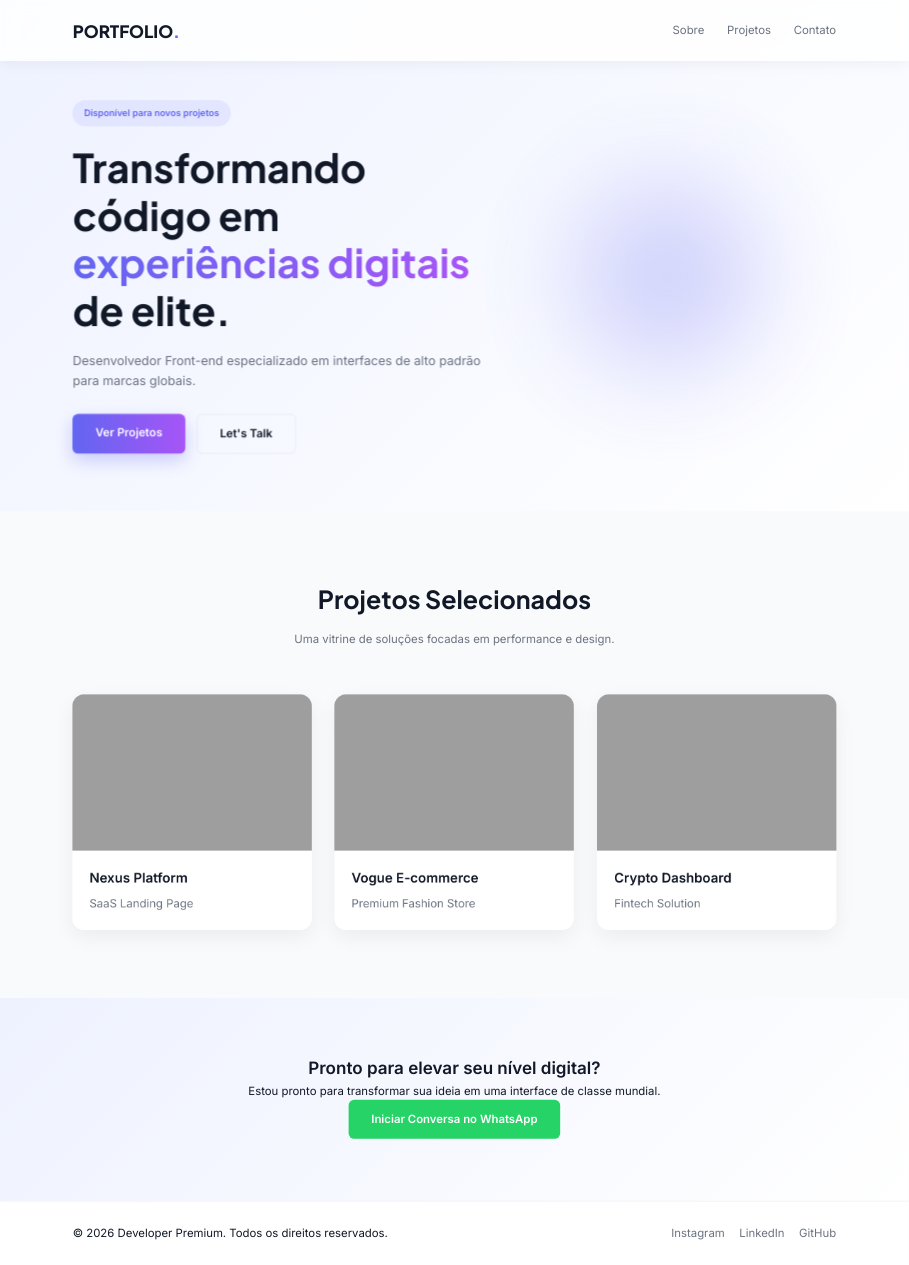
Repository: davidfsillva/David_Ferreira
Page: index.html
These files come from the project's save history. The page is drawn as it stood at one moment and after the next save; the edit follows.
The browser window is 1280 px wide. The pictures show the whole page, at 71% of full size.
Pictures or frames that could not be fetched are drawn as grey boxes.

Above is the page before, as saved 2026-02-11 10:01:47.

### index.html
<!DOCTYPE html>
<html lang="pt-BR">
<head>
    <meta charset="UTF-8">
    <meta name="viewport" content="width=device-width, initial-scale=1.0">

    <title>David Ferreira | Desenvolvedor Front-end & UI Designer Premium</title>

    <!-- SEO Primário -->
    <meta name="description" content="David Ferreira é desenvolvedor front-end especializado em interfaces premium, landing pages de alta conversão e experiências digitais modernas.">
    <meta name="keywords" content="Desenvolvedor Front-end, Web Designer, UI Designer, Landing Page, Desenvolvimento Web, Freelancer Brasil">
    <meta name="author" content="David Ferreira">
    <meta name="robots" content="index, follow">
    <link rel="canonical" href="https://seudominio.com/">

    <!-- Open Graph (Facebook, LinkedIn) -->
    <meta property="og:title" content="David Ferreira | Desenvolvedor Front-end Premium">
    <meta property="og:description" content="Interfaces digitais de alto padrão, focadas em performance e conversão.">
    <meta property="og:image" content="https://seudominio.com/preview.jpg">
    <meta property="og:url" content="https://seudominio.com/">
    <meta property="og:type" content="website">

    <!-- Twitter Card -->
    <meta name="twitter:card" content="summary_large_image">
    <meta name="twitter:title" content="David Ferreira | Web Developer">
    <meta name="twitter:description" content="Desenvolvimento web premium focado em performance e design moderno.">
    <meta name="twitter:image" content="https://seudominio.com/preview.jpg">

    <!-- Favicon -->
    <link rel="icon" href="favicon.ico" type="image/x-icon">

    <!-- Fonts -->
    <link href="https://fonts.googleapis.com/css2?family=Inter:wght@300;400;600&family=Plus+Jakarta+Sans:wght@700;800&display=swap" rel="stylesheet">

    <link rel="stylesheet" href="style.css">
</head>


<body>

    <!-- NAVBAR -->
    <nav class="navbar">
        <div class="logo">PORTFOLIO<span>.</span></div>
        <ul class="nav-links">
            <li><a href="#about">Sobre</a></li>
            <li><a href="#portfolio">Projetos</a></li>
            <li><a href="#contact" class="btn-sm">Contato</a></li>
        </ul>
    </nav>

    <!-- HERO -->
    <section class="hero">
        <div class="hero-content">
            <span class="badge">Disponível para novos projetos</span>

            <h1>
                Transformando código em
                <span>experiências digitais</span> de elite.
            </h1>

            <p>
                Desenvolvedor Front-end especializado em interfaces de alto padrão para marcas globais.
            </p>

            <div class="hero-btns">
                <a href="#portfolio" class="btn-primary">Ver Projetos</a>
                <a href="#contact" class="btn-secondary">Let's Talk</a>
            </div>
        </div>

        <!-- Visual direito -->
        <div class="hero-visual">
            <div class="hero-glow"></div>
        </div>
    </section>

    <!-- PORTFÓLIO -->
    <section id="portfolio" class="portfolio">
        <div class="section-header">
            <h2>Projetos Selecionados</h2>
            <p>Uma vitrine de soluções focadas em performance e design.</p>
        </div>

        <div class="portfolio-grid">

            <!-- Projeto 1 -->
            <div class="project-card" onclick="openModal(0)">
                <div class="card-image">
                    <img src="https://images.unsplash.com/photo-1460925895917-afdab827c52f?auto=format&fit=crop&q=80&w=800"
                         alt="Nexus Platform">
                    <div class="card-overlay">
                        <span>Ver Detalhes</span>
                    </div>
                </div>
                <div class="card-info">
                    <h3>Nexus Platform</h3>
                    <p>SaaS Landing Page</p>
                </div>
            </div>

            <!-- Projeto 2 -->
            <div class="project-card" onclick="openModal(1)">
                <div class="card-image">
                    <img src="https://images.unsplash.com/photo-1551288049-bbbda536339a?auto=format&fit=crop&q=80&w=800"
                         alt="Vogue E-commerce">
                    <div class="card-overlay">
                        <span>Ver Detalhes</span>
                    </div>
                </div>
                <div class="card-info">
                    <h3>Vogue E-commerce</h3>
                    <p>Premium Fashion Store</p>
                </div>
            </div>

            <!-- Projeto 3 -->
            <div class="project-card" onclick="openModal(2)">
                <div class="card-image">
                    <img src="https://images.unsplash.com/photo-1558655146-d09347e92766?auto=format&fit=crop&q=80&w=800"
                         alt="Crypto Dashboard">
                    <div class="card-overlay">
                        <span>Ver Detalhes</span>
                    </div>
                </div>
                <div class="card-info">
                    <h3>Crypto Dashboard</h3>
                    <p>Fintech Solution</p>
                </div>
            </div>

        </div>
    </section>

    <!-- MODAL -->
    <div class="modal-overlay" id="modalOverlay">
        <div class="modal-content">
            <button class="close-modal">&times;</button>

            <div class="modal-body">
                <div class="modal-img" id="modalImg"></div>

                <div class="modal-text">
                    <h2 id="modalTitle">Nome do Projeto</h2>
                    <p id="modalDesc">Descrição detalhada aqui...</p>

                    <div class="tech-tags" id="modalTech"></div>

                    <div class="modal-actions">
                        <a href="#" class="btn-primary">Visitar Website</a>
                        <a href="https://wa.me/5599999999999" target="_blank" class="btn-secondary">
                            Solicitar Similar
                        </a>
                    </div>
                </div>
            </div>
        </div>
    </div>

    <!-- CTA -->
    <section id="contact" class="cta-section">
        <h2>Pronto para elevar seu nível digital?</h2>
        <p>Estou pronto para transformar sua ideia em uma interface de classe mundial.</p>

        <a href="https://wa.me/5599999999999" target="_blank" class="btn-whatsapp">
            Iniciar Conversa no WhatsApp
        </a>
    </section>

    <!-- FOOTER -->
    <footer>
        <div class="footer-content">
            <p>&copy; 2026 Developer Premium. Todos os direitos reservados.</p>

            <div class="social-links">
                <a href="#" target="_blank">Instagram</a>
                <a href="#" target="_blank">LinkedIn</a>
                <a href="#" target="_blank">GitHub</a>
            </div>
        </div>
    </footer>

    <!-- JS -->
    <script src="scripts.js"></script>

</body>
</html>

### style.css
:root {
  --primary: #6366f1;
  --primary-light: #818cf8;
  --accent: #a855f7;
  --text-dark: #111827;
  --text-light: #6b7280;
  --bg-light: #f9fafb;
  --white: #ffffff;
  --transition: all 0.3s ease;
}

/* RESET */
* {
  margin: 0;
  padding: 0;
  box-sizing: border-box;
}

html {
  scroll-behavior: smooth;
}

body {
  font-family: 'Inter', sans-serif;
  background: var(--bg-light);
  color: var(--text-dark);
  line-height: 1.6;
  animation: fadePage 0.8s ease-in-out;
}

@keyframes fadePage {
  from { opacity: 0; transform: translateY(10px); }
  to { opacity: 1; transform: translateY(0); }
}

/* NAVBAR */
.navbar {
  position: fixed;
  width: 100%;
  top: 0;
  padding: 1.5rem 8%;
  display: flex;
  justify-content: space-between;
  align-items: center;
  background: rgba(255,255,255,0.85);
  backdrop-filter: blur(12px);
  box-shadow: 0 4px 20px rgba(0,0,0,0.05);
  z-index: 1000;
  transition: var(--transition);
}

.logo {
  font-family: 'Plus Jakarta Sans', sans-serif;
  font-weight: 800;
  font-size: 1.5rem;
}

.logo span {
  color: var(--primary);
}

.nav-links {
  display: flex;
  list-style: none;
  gap: 2rem;
}

.nav-links a {
  text-decoration: none;
  color: var(--text-light);
  font-weight: 500;
  transition: var(--transition);
}

.nav-links a:hover {
  color: var(--primary);
  transform: translateY(-2px);
}

/* HERO */
.hero {
  min-height: 100vh;
  padding: 120px 8% 60px;
  display: flex;
  align-items: center;
  justify-content: space-between;
  background: linear-gradient(135deg, #eef2ff, #ffffff);
  flex-wrap: wrap;
}

.hero-content {
  max-width: 600px;
  animation: heroFade 1s ease 0.2s both;
}

@keyframes heroFade {
  from { opacity: 0; transform: translateY(40px); }
  to { opacity: 1; transform: translateY(0); }
}

.badge {
  display: inline-block;
  padding: 0.5rem 1rem;
  background: rgba(99,102,241,0.1);
  color: var(--primary);
  border-radius: 20px;
  font-size: 0.8rem;
  font-weight: 600;
  margin-bottom: 1.5rem;
}

.hero h1 {
  font-family: 'Plus Jakarta Sans', sans-serif;
  font-size: clamp(2rem, 5vw, 3.5rem);
  line-height: 1.2;
  margin-bottom: 1.5rem;
}

.hero h1 span {
  background: linear-gradient(90deg, var(--primary), var(--accent));
  -webkit-background-clip: text;
  -webkit-text-fill-color: transparent;
}

.hero p {
  font-size: 1.1rem;
  color: var(--text-light);
  margin-bottom: 2rem;
}

/* BUTTONS */
.btn-primary,
.btn-secondary,
.btn-whatsapp {
  display: inline-block;
  padding: 0.9rem 2rem;
  border-radius: 8px;
  text-decoration: none;
  font-weight: 600;
  transition: all 0.3s ease;
  position: relative;
  overflow: hidden;
}

.btn-primary {
  background: linear-gradient(90deg, var(--primary), var(--accent));
  color: white;
  box-shadow: 0 10px 25px rgba(99,102,241,0.3);
}

.btn-primary:hover {
  transform: translateY(-4px) scale(1.03);
}

.btn-primary:active {
  transform: scale(0.96);
}

.btn-primary::after {
  content: "";
  position: absolute;
  width: 200%;
  height: 200%;
  background: radial-gradient(circle, rgba(255,255,255,0.4), transparent 60%);
  top: -50%;
  left: -50%;
  opacity: 0;
  transition: opacity 0.4s ease;
}

.btn-primary:hover::after {
  opacity: 1;
}

.btn-secondary {
  border: 1px solid #e5e7eb;
  color: var(--text-dark);
  margin-left: 1rem;
}

.btn-secondary:hover {
  background: #f3f4f6;
  transform: translateY(-4px);
}

.btn-secondary:active {
  transform: scale(0.96);
}

.btn-whatsapp {
  background: #25d366;
  color: white;
}

.btn-whatsapp:hover {
  transform: translateY(-4px) scale(1.03);
}

.btn-whatsapp:active {
  transform: scale(0.96);
}

.hero-btns {
  display: flex;
  flex-wrap: wrap;
}

/* HERO VISUAL */
.hero-visual {
  flex: 1;
  min-height: 400px;
  display: flex;
  justify-content: center;
  align-items: center;
}

.hero-glow {
  width: 350px;
  height: 350px;
  background: radial-gradient(circle, rgba(99,102,241,0.4), transparent 70%);
  border-radius: 50%;
  filter: blur(60px);
  animation: pulseGlow 4s infinite ease-in-out;
}

@keyframes pulseGlow {
  0% { transform: scale(1); opacity: 0.7; }
  50% { transform: scale(1.1); opacity: 1; }
  100% { transform: scale(1); opacity: 0.7; }
}

/* PORTFOLIO */
.portfolio {
  padding: 6rem 8%;
}

.section-header {
  text-align: center;
  margin-bottom: 4rem;
}

.section-header h2 {
  font-family: 'Plus Jakarta Sans', sans-serif;
  font-size: 2.2rem;
  margin-bottom: 1rem;
}

.section-header p {
  color: var(--text-light);
}

.portfolio-grid {
  display: grid;
  grid-template-columns: repeat(auto-fit, minmax(280px, 1fr));
  gap: 2rem;
}

.project-card {
  background: var(--white);
  border-radius: 16px;
  overflow: hidden;
  box-shadow: 0 10px 30px rgba(0,0,0,0.06);
  cursor: pointer;
  transition: transform 0.4s ease, box-shadow 0.4s ease;
  will-change: transform;
}

.project-card:hover {
  transform: translateY(-12px) scale(1.03);
  box-shadow: 0 25px 50px rgba(99,102,241,0.2);
}

.card-image {
  position: relative;
  overflow: hidden;
}

.card-image img {
  width: 100%;
  height: 220px;
  object-fit: cover;
  display: block;
  transition: transform 0.6s ease;
}

.project-card:hover .card-image img {
  transform: scale(1.08);
}

.card-overlay {
  position: absolute;
  inset: 0;
  background: rgba(99,102,241,0.8);
  display: flex;
  justify-content: center;
  align-items: center;
  color: white;
  font-weight: 600;
  opacity: 0;
  transition: opacity 0.4s ease;
}

.project-card:hover .card-overlay {
  opacity: 1;
}

.card-info {
  padding: 1.5rem;
}

.card-info h3 {
  margin-bottom: 0.5rem;
}

.card-info p {
  color: var(--text-light);
}

/* CTA */
.cta-section {
  padding: 5rem 8%;
  text-align: center;
  background: linear-gradient(135deg, #eef2ff, #ffffff);
}

/* FOOTER */
footer {
  padding: 2rem 8%;
  background: var(--white);
  border-top: 1px solid #e5e7eb;
}

.footer-content {
  display: flex;
  justify-content: space-between;
  flex-wrap: wrap;
  gap: 1rem;
}

.social-links a {
  text-decoration: none;
  margin-left: 1rem;
  color: var(--text-light);
  transition: var(--transition);
}

.social-links a:hover {
  color: var(--primary);
  transform: translateY(-2px);
}

/* MODAL */
.modal-overlay {
  position: fixed;
  inset: 0;
  background: rgba(0,0,0,0.6);
  display: none;
  justify-content: center;
  align-items: center;
  padding: 2rem;
  z-index: 2000;
}

.modal-content {
  background: white;
  width: 100%;
  max-width: 900px;
  border-radius: 20px;
  overflow: hidden;
  animation: modalZoom 0.4s cubic-bezier(.23,1,.32,1);
  position: relative;
}

@keyframes modalZoom {
  from { opacity: 0; transform: scale(0.85) translateY(20px); }
  to { opacity: 1; transform: scale(1) translateY(0); }
}

.modal-body {
  display: grid;
  grid-template-columns: 1fr 1fr;
}

.modal-img {
  min-height: 300px;
  background-size: cover !important;
}

.modal-text {
  padding: 2rem;
}

.close-modal {
  position: absolute;
  top: 20px;
  right: 25px;
  background: none;
  border: none;
  font-size: 2rem;
  cursor: pointer;
  transition: transform 0.3s ease;
}

.close-modal:hover {
  transform: rotate(90deg);
}

/* RESPONSIVO */
@media (max-width: 900px) {
  .hero {
    flex-direction: column;
    text-align: center;
  }

  .hero-visual {
    margin-top: 3rem;
  }

  .modal-body {
    grid-template-columns: 1fr;
  }
}

@media (max-width: 600px) {
  .navbar {
    padding: 1rem 5%;
  }

  .nav-links {
    display: none;
  }

  .hero {
    padding: 100px 5% 60px;
  }

  .portfolio {
    padding: 4rem 5%;
  }

  .cta-section {
    padding: 4rem 5%;
  }

  footer {
    padding: 2rem 5%;
  }

  .footer-content {
    flex-direction: column;
    text-align: center;
  }

  .social-links a {
    margin: 0 0.5rem;
  }
}

### scripts.js
// =============================
// NAVBAR SCROLL EFFECT
// =============================
const navbar = document.querySelector(".navbar");

window.addEventListener("scroll", () => {
  if (window.scrollY > 50) {
    navbar.style.padding = "1rem 8%";
    navbar.style.boxShadow = "0 8px 25px rgba(0,0,0,0.08)";
  } else {
    navbar.style.padding = "1.5rem 8%";
    navbar.style.boxShadow = "0 4px 20px rgba(0,0,0,0.05)";
  }
});

// =============================
// MODAL FUNCTIONALITY
// =============================
const modal = document.querySelector(".modal-overlay");
const modalImg = document.querySelector(".modal-img");
const modalTitle = document.querySelector(".modal-text h3");
const modalDesc = document.querySelector(".modal-text p");
const closeModal = document.querySelector(".close-modal");

const projectCards = document.querySelectorAll(".project-card");

projectCards.forEach(card => {
  card.addEventListener("click", () => {
    const title = card.querySelector("h3").innerText;
    const desc = card.querySelector("p").innerText;
    const img = card.querySelector("img").src;

    modalTitle.innerText = title;
    modalDesc.innerText = desc;
    modalImg.style.backgroundImage = `url(${img})`;

    modal.style.display = "flex";
    document.body.style.overflow = "hidden";
  });
});

// Fechar modal
closeModal.addEventListener("click", () => {
  modal.style.display = "none";
  document.body.style.overflow = "auto";
});

// Fechar clicando fora
modal.addEventListener("click", (e) => {
  if (e.target === modal) {
    modal.style.display = "none";
    document.body.style.overflow = "auto";
  }
});

// Fechar com ESC
document.addEventListener("keydown", (e) => {
  if (e.key === "Escape") {
    modal.style.display = "none";
    document.body.style.overflow = "auto";
  }
});

// =============================
// SCROLL REVEAL ANIMATION
// =============================
const revealElements = document.querySelectorAll(
  ".hero-content, .project-card, .section-header, .cta-section"
);

const observer = new IntersectionObserver(
  (entries) => {
    entries.forEach(entry => {
      if (entry.isIntersecting) {
        entry.target.style.opacity = "1";
        entry.target.style.transform = "translateY(0)";
      }
    });
  },
  { threshold: 0.2 }
);

revealElements.forEach(el => {
  el.style.opacity = "0";
  el.style.transform = "translateY(40px)";
  el.style.transition = "all 0.8s ease";
  observer.observe(el);
});

// =============================
// BUTTON MICRO INTERACTION
// =============================
const buttons = document.querySelectorAll(".btn-primary, .btn-secondary, .btn-whatsapp");

buttons.forEach(btn => {
  btn.addEventListener("mouseenter", () => {
    btn.style.transform = "scale(1.05)";
  });

  btn.addEventListener("mouseleave", () => {
    btn.style.transform = "scale(1)";
  });
});

After the next save:
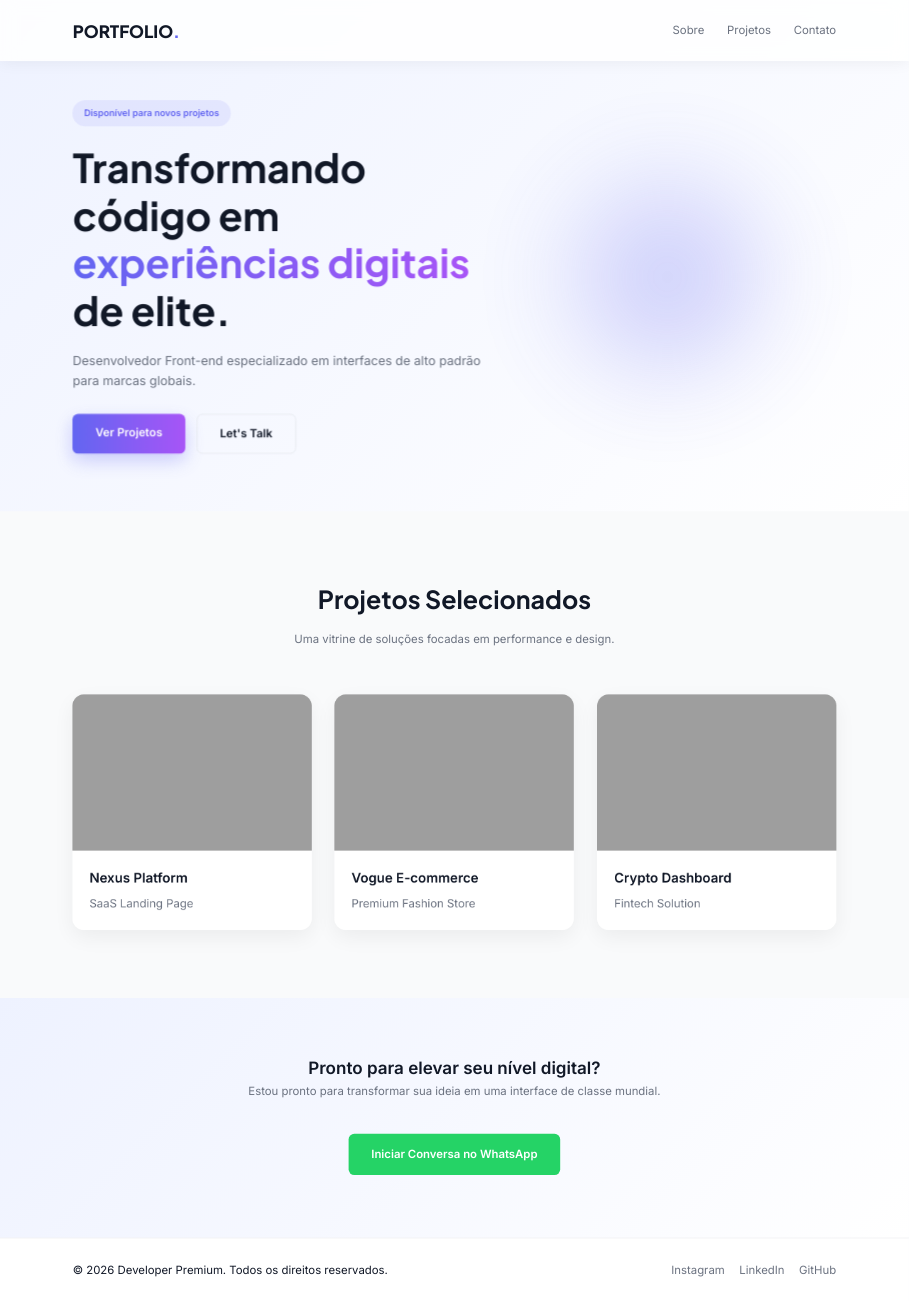
Saved 3 min 32 s later.
--- a/style.css
+++ b/style.css
@@ -349,6 +349,24 @@ footer {
   transform: translateY(-2px);
 }
 
+.cta-section p {
+  color: var(--text-light);
+  margin-bottom: 2.5rem; /* aumenta espaço abaixo do texto */
+}
+
+.btn-whatsapp {
+  display: inline-block;
+  background: #25d366;
+  color: white;
+  padding: 1rem 2rem;
+  border-radius: 8px;
+  text-decoration: none;
+  font-weight: 600;
+  transition: var(--transition);
+  margin-top: 0.5rem; /* pequeno respiro extra */
+}
+
+
 /* MODAL */
 .modal-overlay {
   position: fixed;
